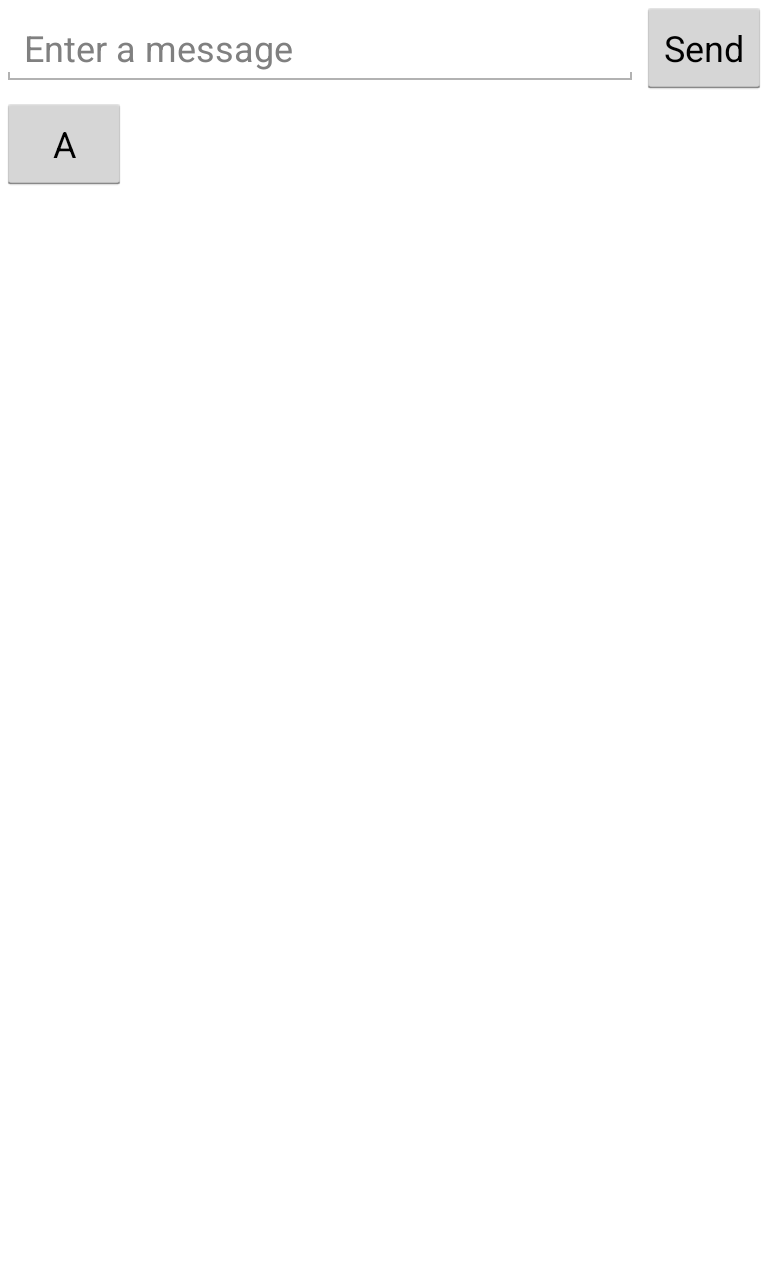
Repository: Jwonsever/AndroidPiano
Layout: HelloWorld/res/layout/activity_main.xml
The author's editor kept a copy of each file at every save. The layout is drawn from the files as they stood at one save, then again after the next save.
It is drawn on a 768 x 1280 px phone screen (xhdpi) without system bars, with theme AppTheme; the app's code is not run.

Above is the layout before, as saved 2013-11-08 02:26:47.

After the next save:
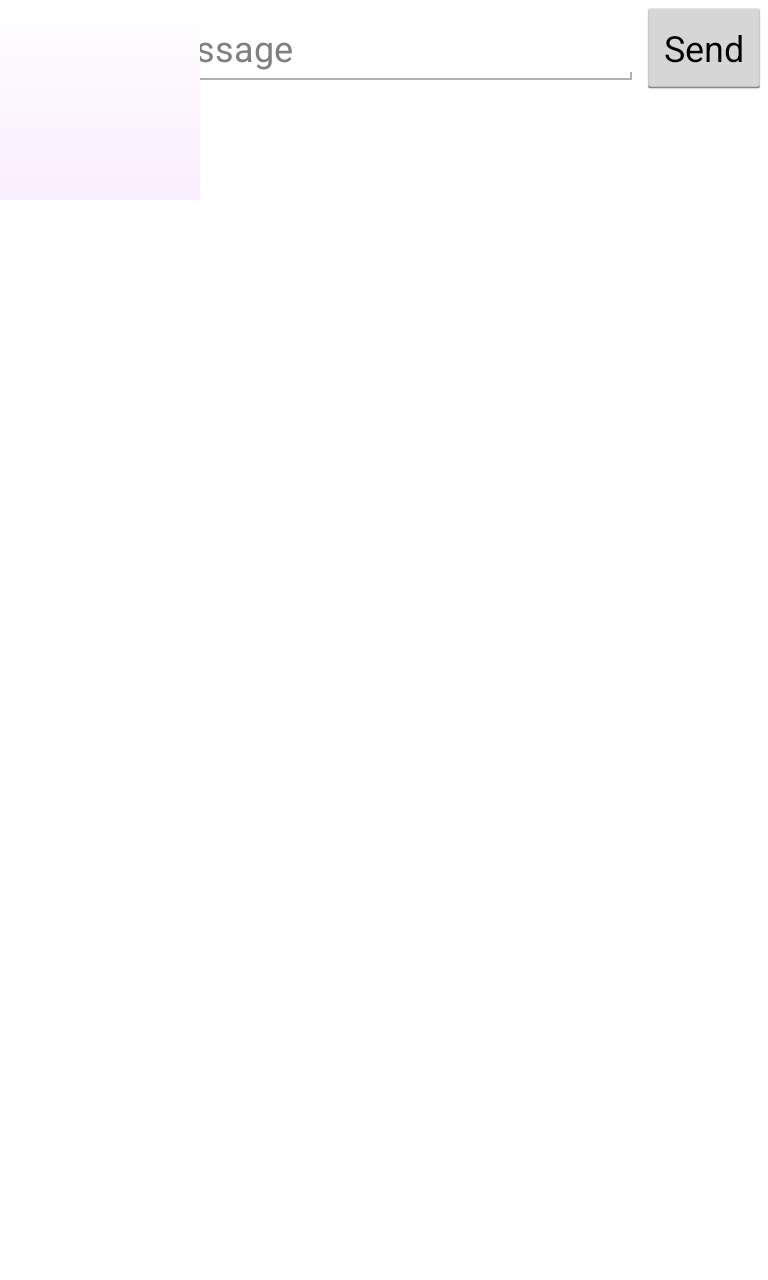
Saved 112 s later.
--- a/HelloWorld/res/layout/activity_main.xml
+++ b/HelloWorld/res/layout/activity_main.xml
@@ -34,4 +34,11 @@
         android:layout_below="@+id/button1"
         android:text="@string/a_note" />
 
+    <LinearLayout
+            android:id="@+id/custom_key"
+            android:layout_width="100dp"
+            android:layout_height="100dp"
+            android:background="@drawable/piano_key" >
+     </LinearLayout>
+
 </RelativeLayout>
